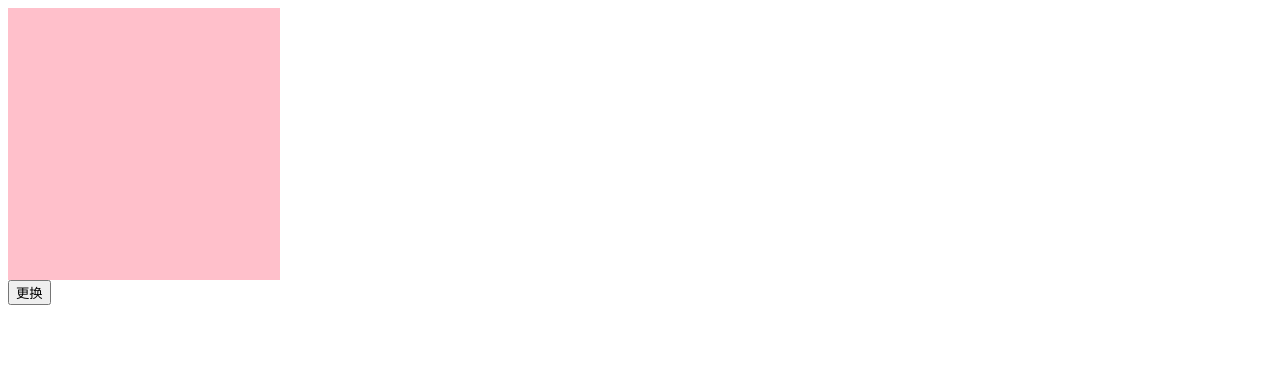
Repository: Bluesouls/eliauk.github.io
Page: Ajax学习笔记/day01/code/index.html
An editor plug-in stored every save of this project. The page is shown before and after the next save, followed by the edit.
The browser window is 1280 px wide. The pictures show the whole page.

Above is the page before, as saved 2022-04-24 16:03:27.

After the next save:
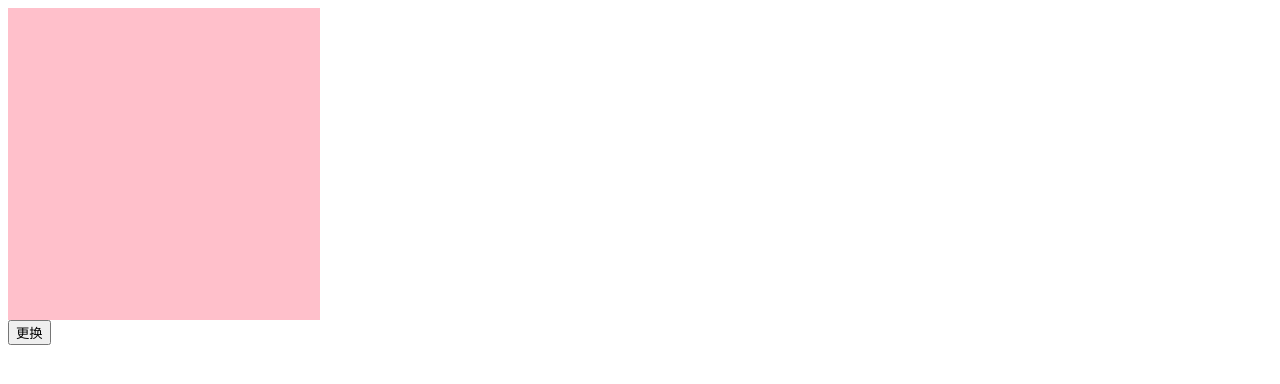
Saved 9 s later.
--- a/Ajax学习笔记/day01/code/index.html
+++ b/Ajax学习笔记/day01/code/index.html
@@ -14,7 +14,7 @@
       background: pink;
       box-shadow: pink;
       color: white;
-      padding: 10px;
+      padding: 30px;
     }
   </style>
 </head>

After the save that followed:
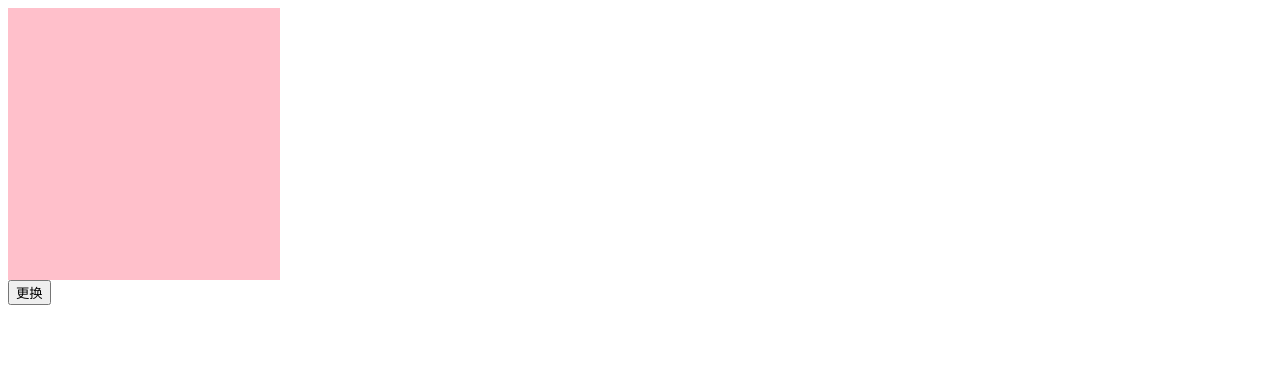
Saved 9 s later.
--- a/Ajax学习笔记/day01/code/index.html
+++ b/Ajax学习笔记/day01/code/index.html
@@ -14,7 +14,7 @@
       background: pink;
       box-shadow: pink;
       color: white;
-      padding: 30px;
+      padding: 10px;
     }
   </style>
 </head>
